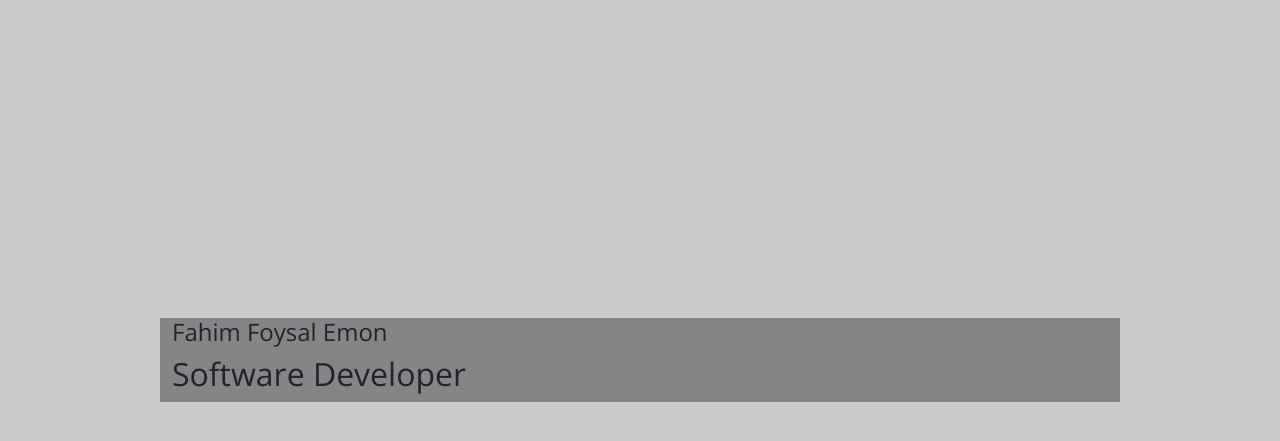
Repository: emowzz/emowzz.github.io
Page: index.html
An editor plug-in stored every save of this project. The page is shown before and after the next save, followed by the edit.
The browser window is 1280 px wide. The pictures show the whole page.
Some web libraries are served in a nearby version.

Above is the page before, as saved 2021-03-17 17:20:08.

### index.html
<!doctype html>
<html lang="en">
  <head>
    <!-- Required meta tags -->
    <meta charset="utf-8">
    <meta name="viewport" content="width=device-width, initial-scale=1">
    <link rel="shortcut icon" type="image/png" href="./Image/myImgZoom.jpg">
    <!-- Bootstrap CSS -->
    <link href="https://cdn.jsdelivr.net/npm/bootstrap@5.0.0-beta2/dist/css/bootstrap.min.css" rel="stylesheet" integrity="sha384-BmbxuPwQa2lc/FVzBcNJ7UAyJxM6wuqIj61tLrc4wSX0szH/Ev+nYRRuWlolflfl" crossorigin="anonymous">
    <link rel="preconnect" href="https://fonts.gstatic.com">
    <link href="https://fonts.googleapis.com/css2?family=Open+Sans:wght@300&display=swap" rel="stylesheet">
    <link rel="stylesheet" href="./CSS/style.css">


    <title>Hi There, I'm Fahim Foysal Emon!</title>

    <script src="https://kit.fontawesome.com/a076d05399.js" crossorigin="anonymous"></script>
  </head>
  <body>
    <section class="banner-container container-fluid">
      <div class="row vh-100">
        <div class="col-md-9 banner-column m-auto">
            <h4>Fahim Foysal Emon</h4>
            <h2>Software Developer</h2>
        </div>
      </div>
    </section>

    <!-- Optional JavaScript; choose one of the two! -->

    <!-- Option 1: Bootstrap Bundle with Popper -->
    <script src="https://cdn.jsdelivr.net/npm/bootstrap@5.0.0-beta2/dist/js/bootstrap.bundle.min.js" integrity="sha384-b5kHyXgcpbZJO/tY9Ul7kGkf1S0CWuKcCD38l8YkeH8z8QjE0GmW1gYU5S9FOnJ0" crossorigin="anonymous"></script>

    <!-- Option 2: Separate Popper and Bootstrap JS -->
    <!--
    <script src="https://cdn.jsdelivr.net/npm/@popperjs/core@2.6.0/dist/umd/popper.min.js" integrity="sha384-KsvD1yqQ1/1+IA7gi3P0tyJcT3vR+NdBTt13hSJ2lnve8agRGXTTyNaBYmCR/Nwi" crossorigin="anonymous"></script>
    <script src="https://cdn.jsdelivr.net/npm/bootstrap@5.0.0-beta2/dist/js/bootstrap.min.js" integrity="sha384-nsg8ua9HAw1y0W1btsyWgBklPnCUAFLuTMS2G72MMONqmOymq585AcH49TLBQObG" crossorigin="anonymous"></script>
    -->
  </body>
</html>

### CSS/style.css
body {
    font-family: 'Open Sans', sans-serif;
}


.banner-container {
    background-color: #CACACA;
}

.banner-column {
    background-color: #868486;
}

After the next save:
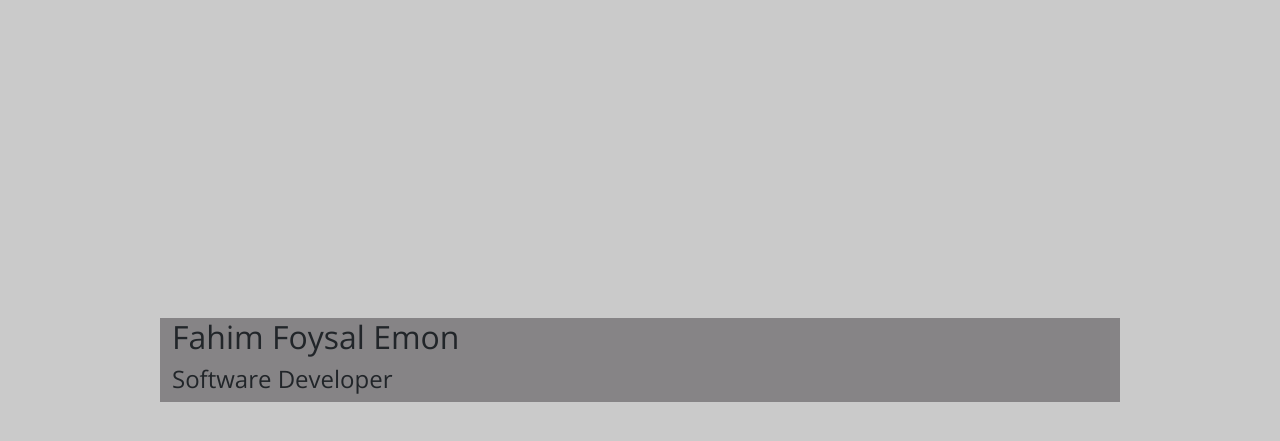
Saved 19 s later.
--- a/index.html
+++ b/index.html
@@ -20,8 +20,8 @@
     <section class="banner-container container-fluid">
       <div class="row vh-100">
         <div class="col-md-9 banner-column m-auto">
-            <h4>Fahim Foysal Emon</h4>
-            <h2>Software Developer</h2>
+            <h2>Fahim Foysal Emon</h2>
+            <h4>Software Developer</h4>
         </div>
       </div>
     </section>
